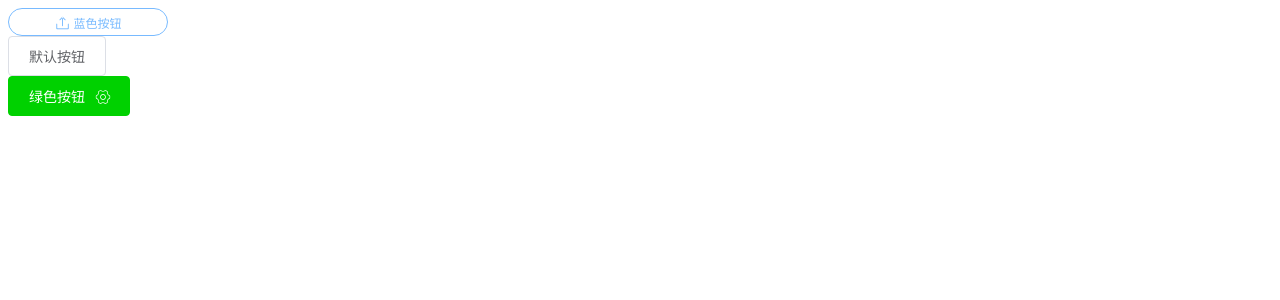
Repository: Cherry-pan/component-packing
Page: /
The author's editor kept a copy of each file at every save. The page is drawn from the files as they stood at one save, then again after the next save.
The browser window is 1280 px wide. The pictures show the whole page.
The project was rebuilt for these pictures with package versions that can differ from the ones it lists, and the page was loaded fresh each time. Also part of the build but not shown: vue.config.js.

Above is the page before, as saved 2022-04-30 16:00:40.

### index.html
<!DOCTYPE html>
<html>
  <head>
    <meta charset="utf-8">
    <meta name="viewport" content="width=device-width,initial-scale=1.0">
    <title>component-packing</title>
  </head>
  <body>
    <div id="app"></div>
    <!-- built files will be auto injected -->
  </body>
</html>

### src/main.js
// The Vue build version to load with the `import` command
// (runtime-only or standalone) has been set in webpack.base.conf with an alias.
import Vue from 'vue'
import App from './App'
import router from './router'

Vue.config.productionTip = false
// 引入icon css样式
import "./styles/icon/iconfont.css"
/* eslint-disable no-new */
new Vue({
  el: '#app',
  router,
  components: { App },
  template: '<App/>'
})

### src/styles/icon/iconfont.css
@font-face {
  font-family: "iconfont"; /* Project id 3369880 */
  src:url('iconfont.ttf?t=1651303504252') format('truetype');
}

.iconfont {
  font-family: "iconfont" !important;
  font-size: 16px;
  font-style: normal;
  -webkit-font-smoothing: antialiased;
  -moz-osx-font-smoothing: grayscale;
}

.icon-shezhi:before {
  content: "\e64b";
}

.icon-shangchuan:before {
  content: "\e600";
}

### src/components/Home.vue
<template>
  <div>
    <AButton
      type="primary"
      border
      round
      disabled
      size="mini"
      minWidth="160px"
      prefix="shangchuan"
      block
    >
      蓝色按钮
    </AButton>
    <AButton>
      默认按钮
    </AButton>
    <AButton type="success" suffix="shezhi">
      绿色按钮
    </AButton>
  </div>
</template>

<script>
export default {
  name: "Home",
  components: {
    AButton: () => import("@/components/button/Button.vue")
  },

  data() {
    return {};
  }
};
</script>

<!-- Add "scoped" attribute to limit CSS to this component only -->
<style scoped></style>

### src/components/button/Button.vue
<template>
  <div>
    <button
      :class="[theme, isBorder, isRound, specifications]"
      :disabled="disabled"
      class="a-button"
      :style="[minWidthCss]"
    >
      <span>
        <i
          v-if="iconPrefix"
          class="iconfont icon-prefix"
          :class="iconPrefix"
        ></i>
        <slot></slot>
        <i
          v-if="iconSuffix"
          class="iconfont icon-suffix"
          :class="iconSuffix"
        ></i>
      </span>
    </button>
  </div>
</template>

<script>
export default {
  name: "Button",
  props: {
    //   类型
    type: {
      type: String,
      default: ""
    },
    // 边框
    border: Boolean, //默认是false
    // 圆角
    round: Boolean,
    // 是否禁用
    disabled: Boolean,
    size: {
      type: String,
      default: ""
    },
    minWidth: {
      type: String,
      default: ""
    },
    prefix: {
      type: String,
      default: ""
    },
    suffix: {
      type: String,
      default: ""
    }
  },
  computed: {
    // 监听变化
    theme() {
      console.log(this.type);
      // 如果有值，返回
      return this.type ? `a-button-${this.type}` : "";
    },
    isBorder() {
      return this.border ? "is-border" : "";
    },
    isRound() {
      return this.round ? "is-round" : "";
    },
    specifications() {
      return this.size ? `a-button-${this.size}` : "";
    },
    minWidthCss() {
      // 如果没有值，返回空，有值拼接css样式
      if (!this.minWidth) {
        return "";
      }
      return { "min-width": this.minWidth };
    },
    iconPrefix() {
      return this.prefix ? `icon-${this.prefix}` : "";
    },
    iconSuffix() {
      return this.suffix ? `icon-${this.suffix}` : "";
    }
  },
  data() {
    return {};
  },

  mounted() {},

  methods: {}
};
</script>

<style lang="scss" scoped>
.a-button {
  padding: 0 20px 0 20px;
  border-width: 1px;
  border-color: #dcdfe6;
  border-style: solid;
  border-radius: 4px;
  background-color: white;
  font-size: 14px;
  color: #606266;
  height: 40px;
  + .a-button {
    margin-left: 14px;
  }
  > span {
    display: flex;
    align-items: center;
    justify-content: center;
  }
  i {
    width: 14px;
    height: 14px;
  }
  .icon-prefix {
    margin-right: 10px;
  }
  .icon-suffix {
    margin-left: 10px;
  }
}
// 禁用 透明度
.a-button[disabled] {
  opacity: 0.7;
  // 鼠标变成禁用
  cursor: not-allowed;
}
.a-button-primary {
  border-color: #409eff;
  background-color: #409eff;
  color: white;
  &.is-border {
    background-color: transparent;
    color: #409eff;
  }
}
.a-button-success {
  border-color: #00d100;
  background-color: #00d100;
  color: white;
  &.is-border {
    background-color: transparent;
    color: #00d100;
  }
}
.a-button-warning {
  border-color: #e6a23c;
  background-color: #e6a23c;
  color: white;
  &.is-border {
    background-color: transparent;
    color: #e6a23c;
  }
}
.a-button-danger {
  border-color: #f56c6c;
  background-color: #f56c6c;
  color: white;
  &.is-border {
    background-color: transparent;
    color: #f56c6c;
  }
}
// 圆角
.is-round {
  border-radius: 100px;
}
// 尺寸
.a-button-medium {
  height: 36px;
}
.a-button-small {
  height: 32px;
  font-size: 12px;
  padding: 0 15px 0 15px;
  .icon-prefix {
    margin-right: 5px;
  }
  .icon-suffix {
    margin-left: 5px;
  }
}
.a-button-mini {
  height: 28px;
  font-size: 12px;
  padding: 0 15px 0 15px;
  .icon-prefix {
    margin-right: 5px;
  }
  .icon-suffix {
    margin-left: 5px;
  }
}
</style>

Loaded but not shown: src/App.vue (common file); src/router/index.js (common file)

After the next save:
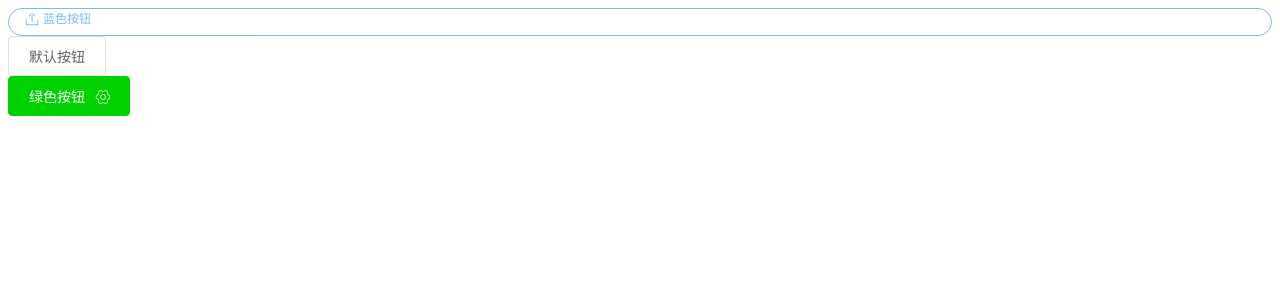
Saved 2 min 52 s later.
--- a/src/components/button/Button.vue
+++ b/src/components/button/Button.vue
@@ -1,7 +1,7 @@
 <template>
   <div>
     <button
-      :class="[theme, isBorder, isRound, specifications]"
+      :class="[theme, isBorder, isRound, specifications,blockCss]"
       :disabled="disabled"
       class="a-button"
       :style="[minWidthCss]"
@@ -53,7 +53,8 @@ export default {
     suffix: {
       type: String,
       default: ""
-    }
+    },
+    block:Boolean
   },
   computed: {
     // 监听变化
@@ -83,6 +84,9 @@ export default {
     },
     iconSuffix() {
       return this.suffix ? `icon-${this.suffix}` : "";
+    },
+    blockCss(){
+        return this.block ? "a-button-block":""
     }
   },
   data() {
@@ -197,4 +201,8 @@ export default {
     margin-left: 5px;
   }
 }
+.a-button-block{
+    display: flex;
+    width: 100%;
+}
 </style>
